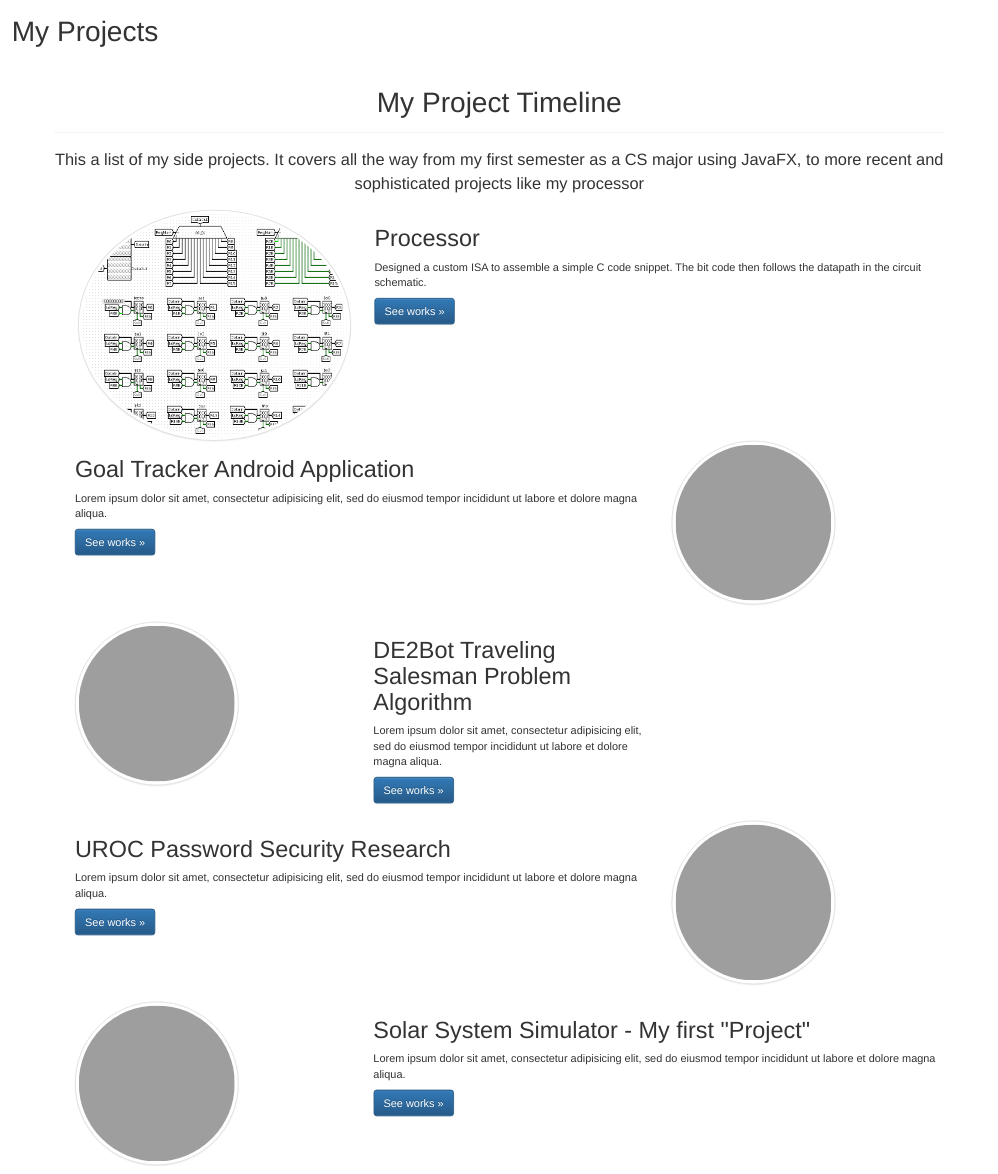
Repository: austinHerring/PersonalWebsite
Page: PersonalWebsite/WebContent/projects.html
The author's editor kept a copy of each file at every save. The page is drawn from the files as they stood at one save, then again after the next save.
The browser window is 1280 px wide. The pictures show the whole page, at 78% of full size.
Pictures or frames that could not be fetched are drawn as grey boxes.

Above is the page before, as saved 2016-05-28 06:02:27.

After the next save:
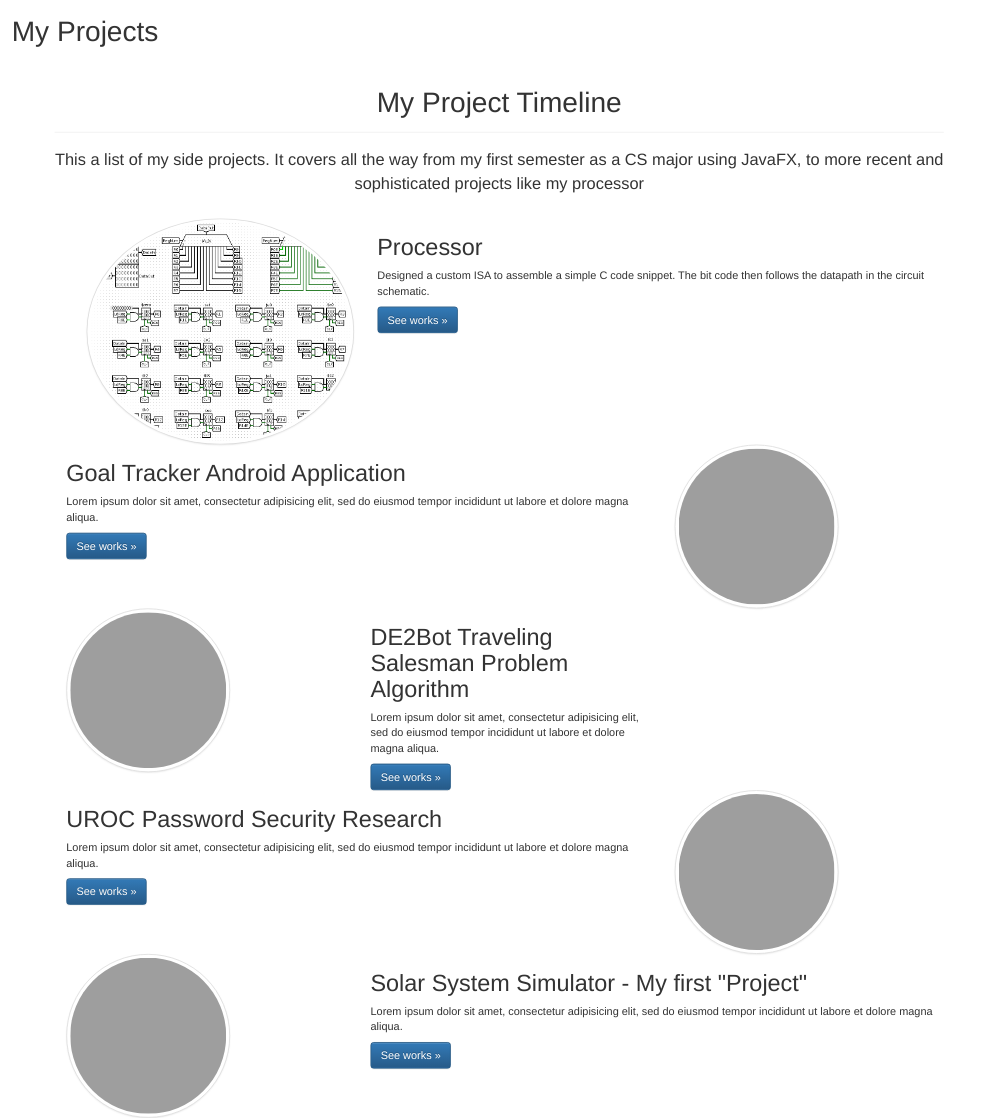
Saved 2 s later.
--- a/PersonalWebsite/WebContent/css/projects.css
+++ b/PersonalWebsite/WebContent/css/projects.css
@@ -1,6 +1,15 @@
-.stylish-panel{
+.stylish-panel-left{
     padding: 10px 0;
     text-align: left;
+    padding: 10px;
+    border: 1px solid transparent;
+    border-radius: 4px;
+    transition: 0.2s;
+}
+
+.stylish-panel-right{
+    padding: 10px 0;
+    text-align: right;
     padding: 10px;
     border: 1px solid transparent;
     border-radius: 4px;
